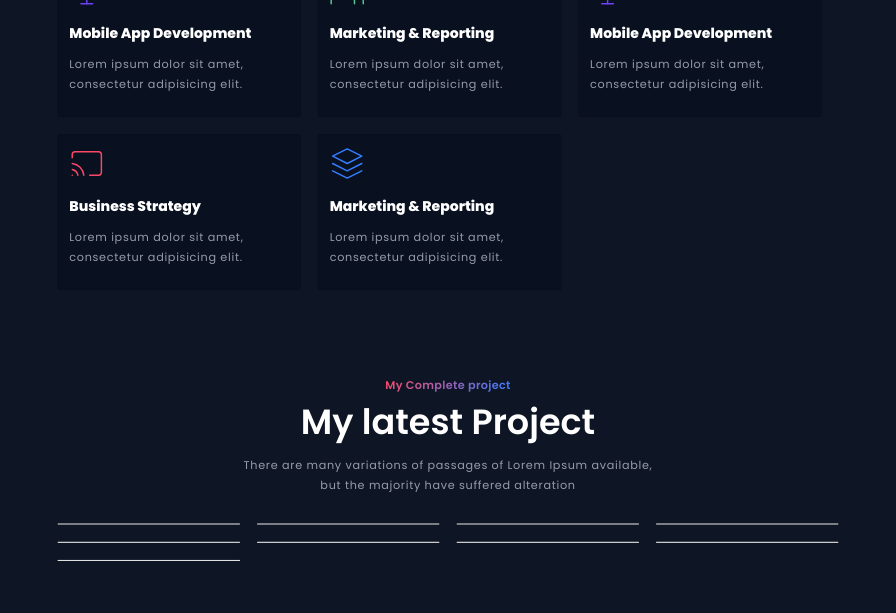
Repository: wadelfadill/Bootstrap_tache_3_responsive_portfolio
Page: index.html
These files come from the project's save history. The page is drawn as it stood at one moment and after the next save; the edit follows.
The browser window is 1280 px wide. The pictures show the part of the page from y = 1901 to 3821 px (the page is 2777 px tall before and 3821 px after), at 70% of full size.
Pictures or frames that could not be fetched are drawn as grey boxes. Backgrounds fixed to the window are drawn as part of the page. Some web libraries are served in a nearby version.

Above is the page before, as saved 2023-04-11 11:55:22.

After the next save:
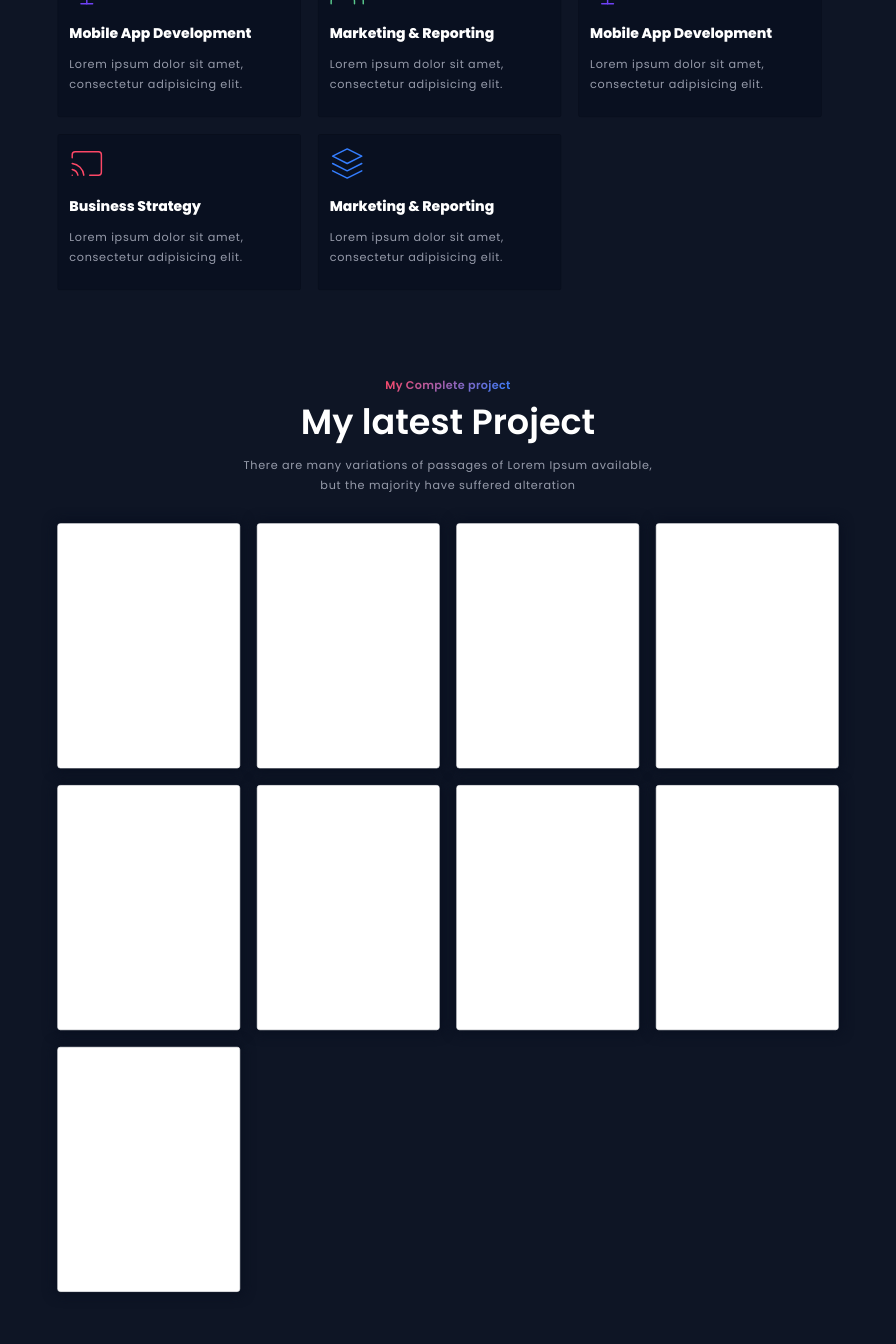
Saved 5 min 23 s later.
--- a/css/style.css
+++ b/css/style.css
@@ -283,3 +283,16 @@ button{
 .services_wrapper .card:hover{
     box-shadow: 0px 2px 70px 0 rgb(253 71 102 / 5%);
 }
+/* 5. Portfolio */
+.portfolio_wrapper .card{
+    height: 100%;
+    min-height: 350px;
+    overflow: hidden;
+    border: 1px solid var(--bg-white);
+    cursor: pointer;
+    box-shadow: 0 0 16px 4px var(--bg-dark-blue);
+}
+.portfolio_wrapper .card{
+    transition: background-position 4s ease-in-out 0s;
+    width: 1005;
+}
